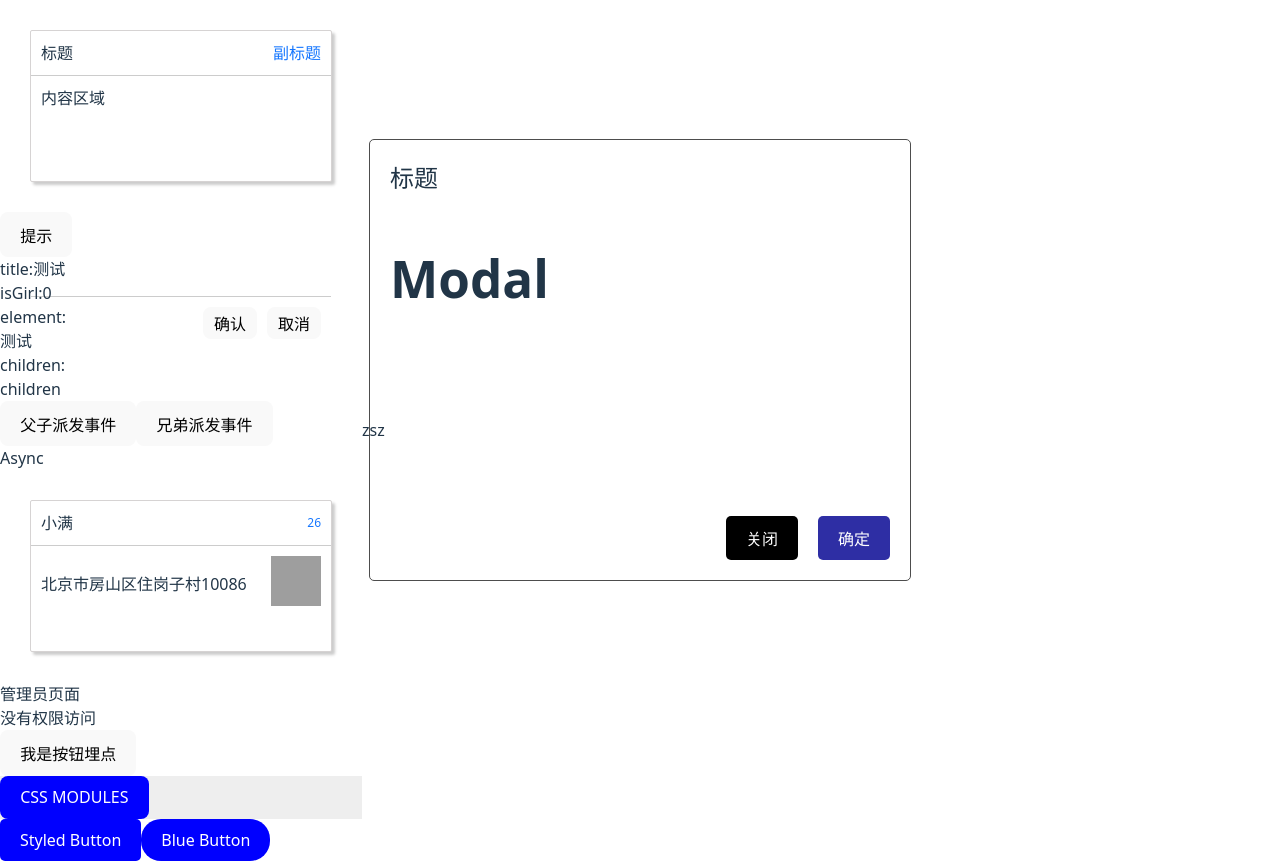
Repository: EDMZJJJ/learn-react
Page: /
These files come from the project's save history. The page is drawn as it stood at one moment and after the next save; the edit follows.
The browser window is 1280 px wide. The pictures show the whole page.
Pictures or frames that could not be fetched are drawn as grey boxes. The project was rebuilt for these pictures with package versions that can differ from the ones it lists, and the page was loaded fresh each time. Also part of the build but not shown: vite.config.ts, src/components/Skeleton/index.css, src/components/Message/index.css, src/components/Message/index.tsx.

Above is the page before, as saved 2026-03-11 15:49:54.

After the next save:
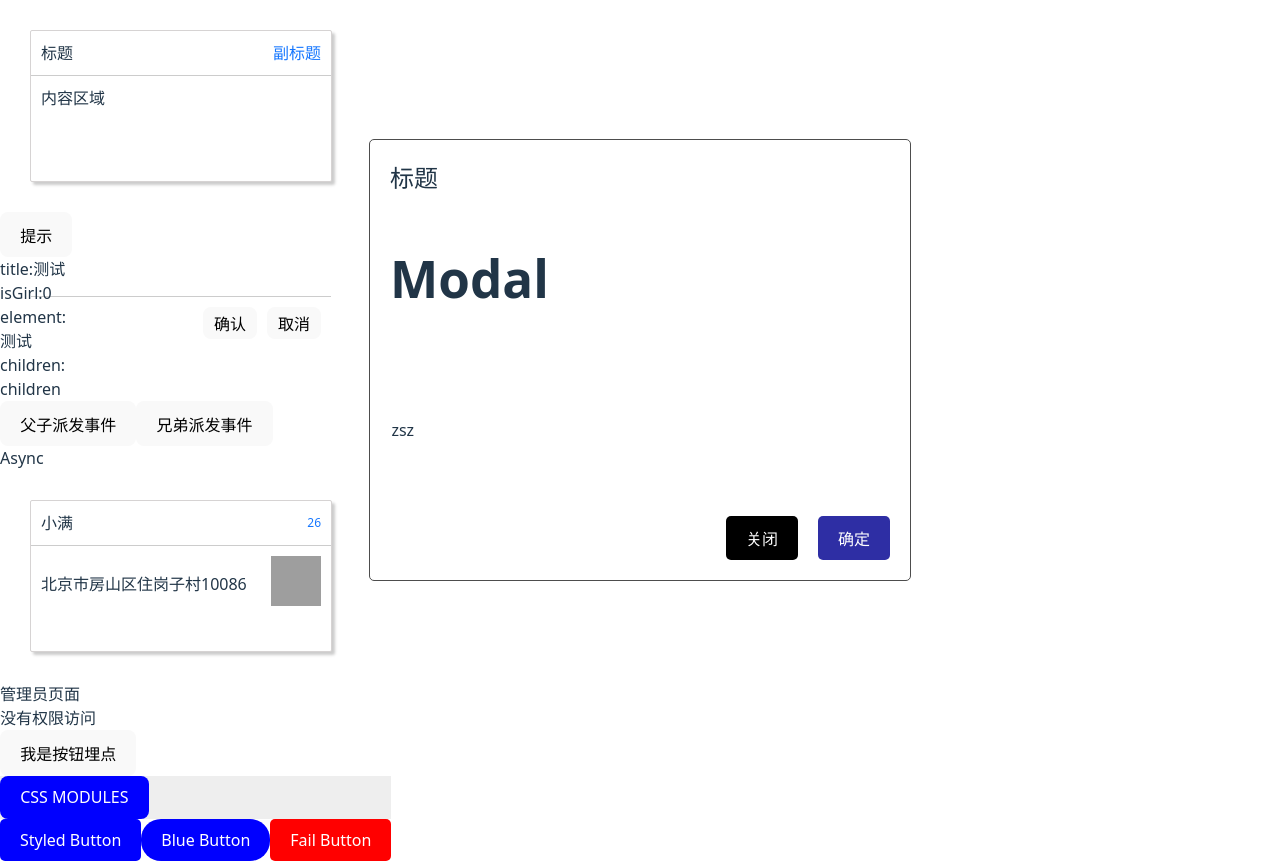
Saved 8 s later.
--- a/src/App.tsx
+++ b/src/App.tsx
@@ -152,6 +152,7 @@ const App: React.FC = () =>  {
       {/* CSS-IN-JS */}
       <StyledButton primary>Styled Button</StyledButton>
       <BlueButton>Blue Button</BlueButton>
+      <FailButton>Fail Button</FailButton>
     </>
   )
 }
